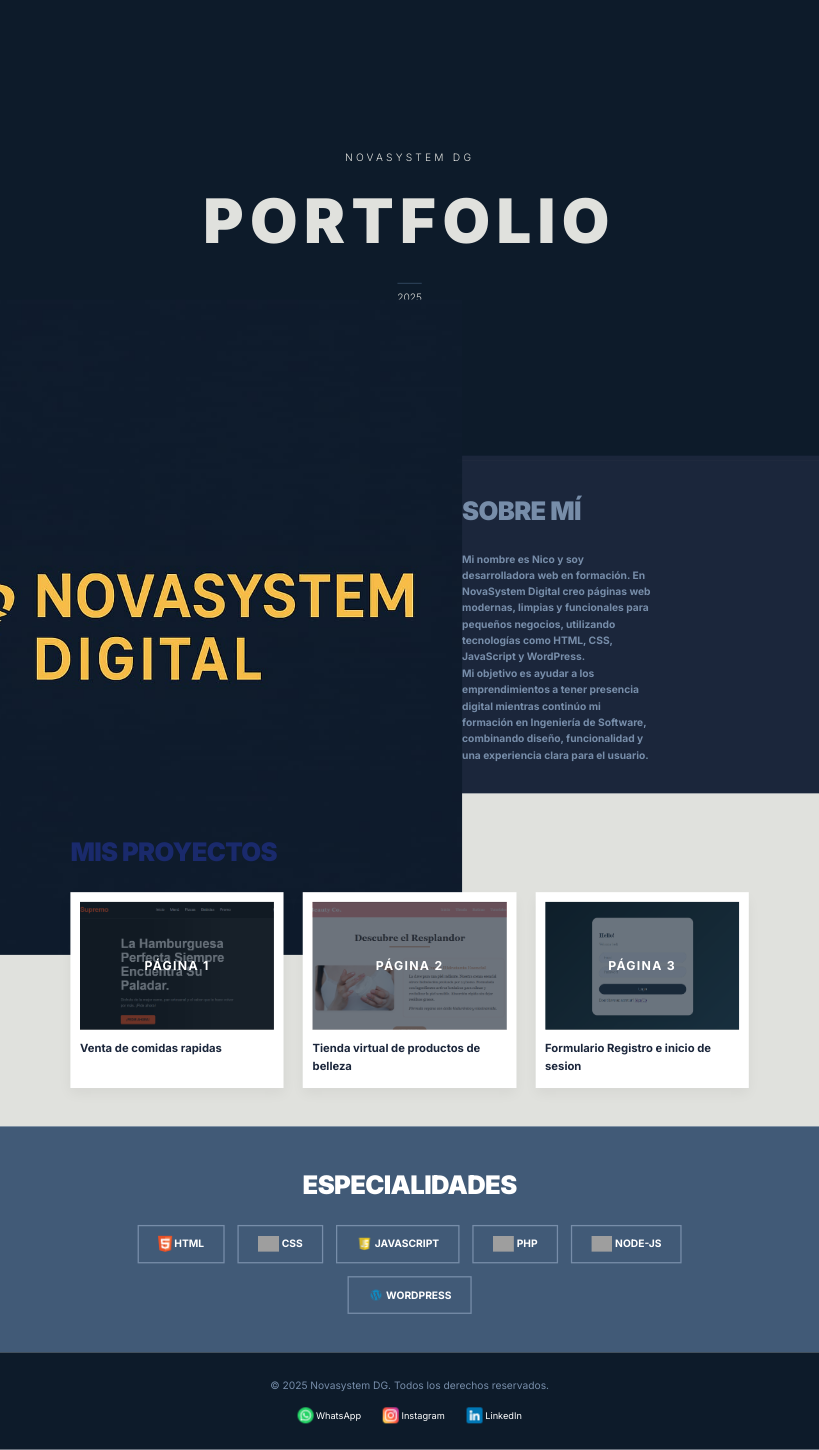
Repository: NovaSystem-DG/Portafolio
Page: index.html
The author's editor kept a copy of each file at every save. The page is drawn from the files as they stood at one save, then again after the next save.
The browser window is 1280 px wide. The pictures show the whole page, at 64% of full size.
Pictures or frames that could not be fetched are drawn as grey boxes.

Above is the page before, as saved 2026-01-09 18:40:21.

After the next save:
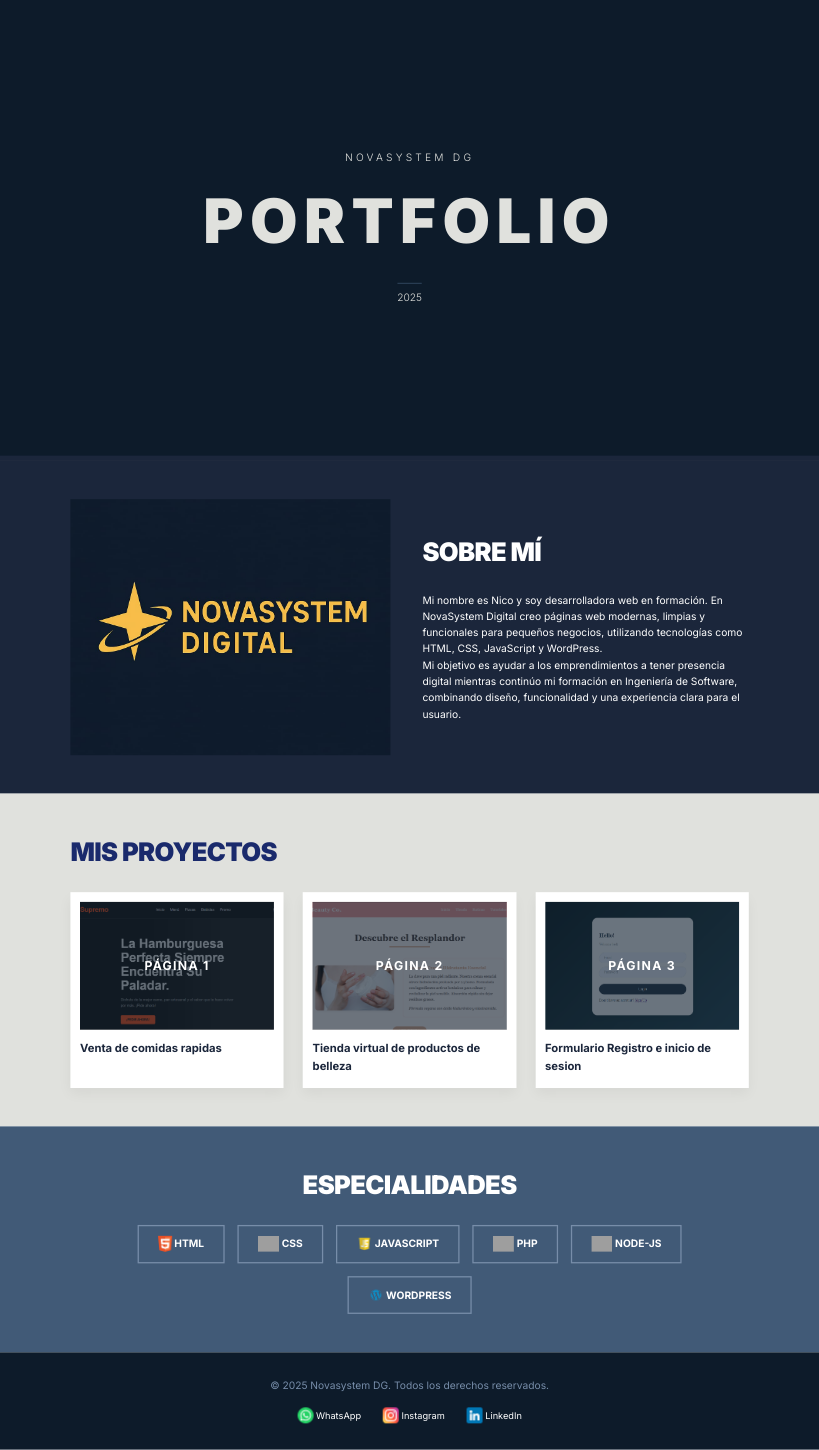
Saved 21 s later.
--- a/index.html
+++ b/index.html
@@ -22,7 +22,7 @@
     <section class="about-section">
         <div class="container about-flex">
             <div class="photo-placeholder">
-                 <img src="assets/img/logo.jpeg" alt="Vista previa proyecto 1"
+                 <img src="assets/img/logo.jpeg" alt="Vista previa proyecto 1" class="project-img">
             </div>
             <div class="about-text">
                 <h2>SOBRE MÍ</h2>
